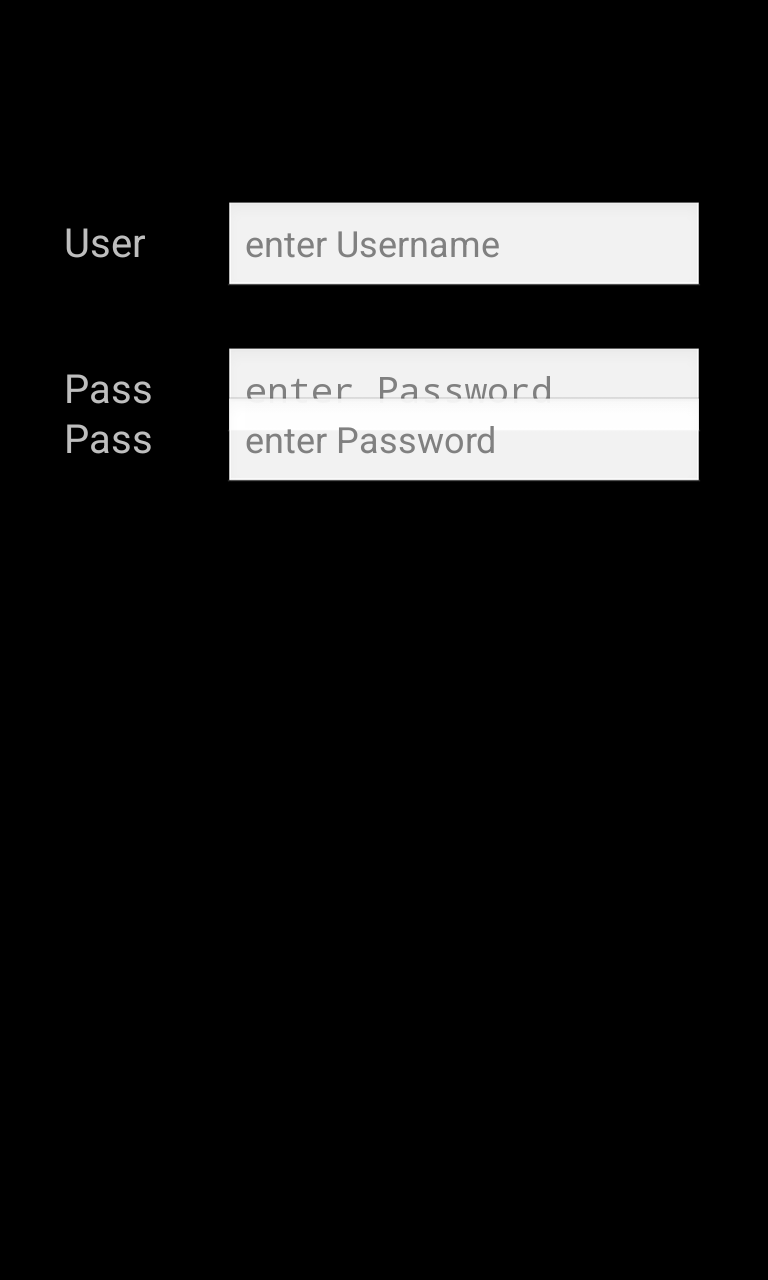
Repository: frebblegameteam/FrebbleApp
Layout: Frebble/libs/res/layout/activity_sign_up.xml
An editor plug-in stored every save of this project. The layout is shown before and after the next save, followed by the edit.
It is drawn on a 768 x 1280 px phone screen (xhdpi) without system bars, with theme android:Theme; the app's code is not run.

Above is the layout before, as saved 2014-09-19 08:07:53.

After the next save:
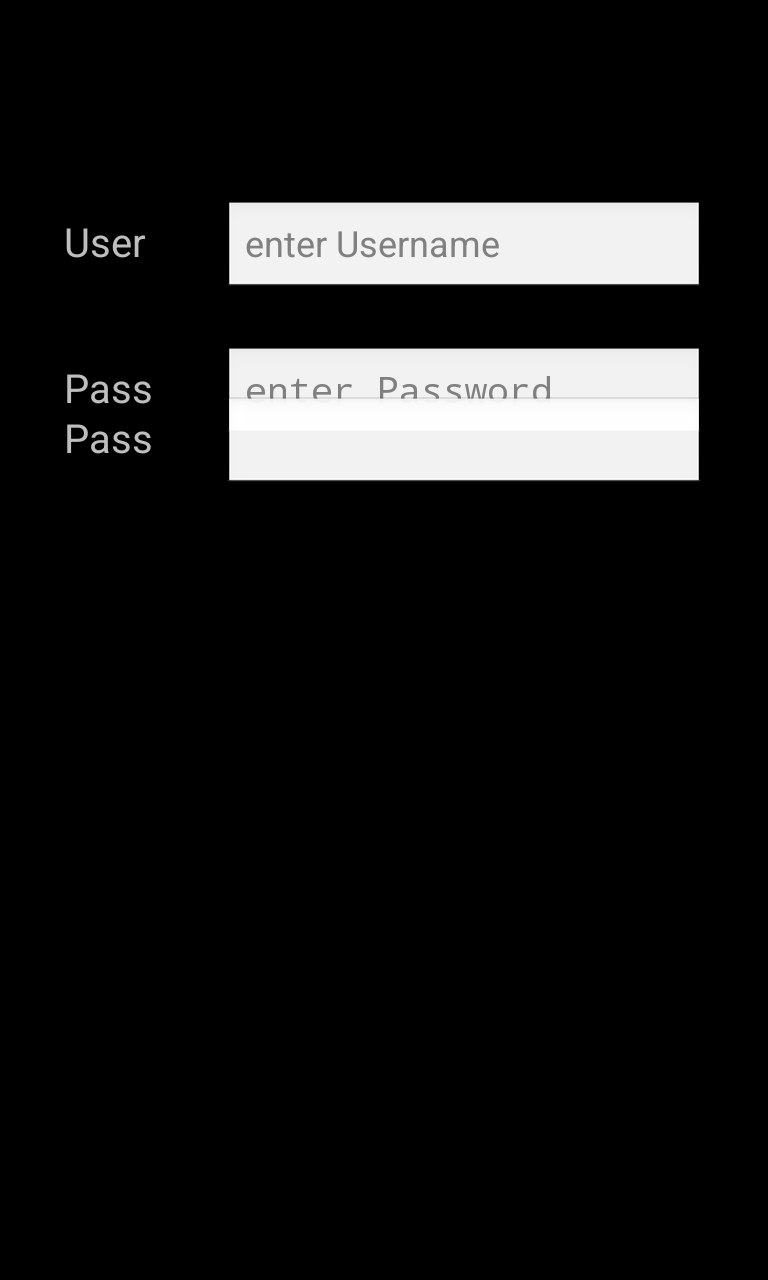
Saved 15 s later.
--- a/Frebble/libs/res/layout/activity_sign_up.xml
+++ b/Frebble/libs/res/layout/activity_sign_up.xml
@@ -65,7 +65,7 @@
             android:layout_width="0dp"
         	android:layout_weight="3"
         	android:layout_height="wrap_content"
-        	android:hint="@string/passwordHint"/>
+        	/>
 
     </LinearLayout>
 

After the save that followed:
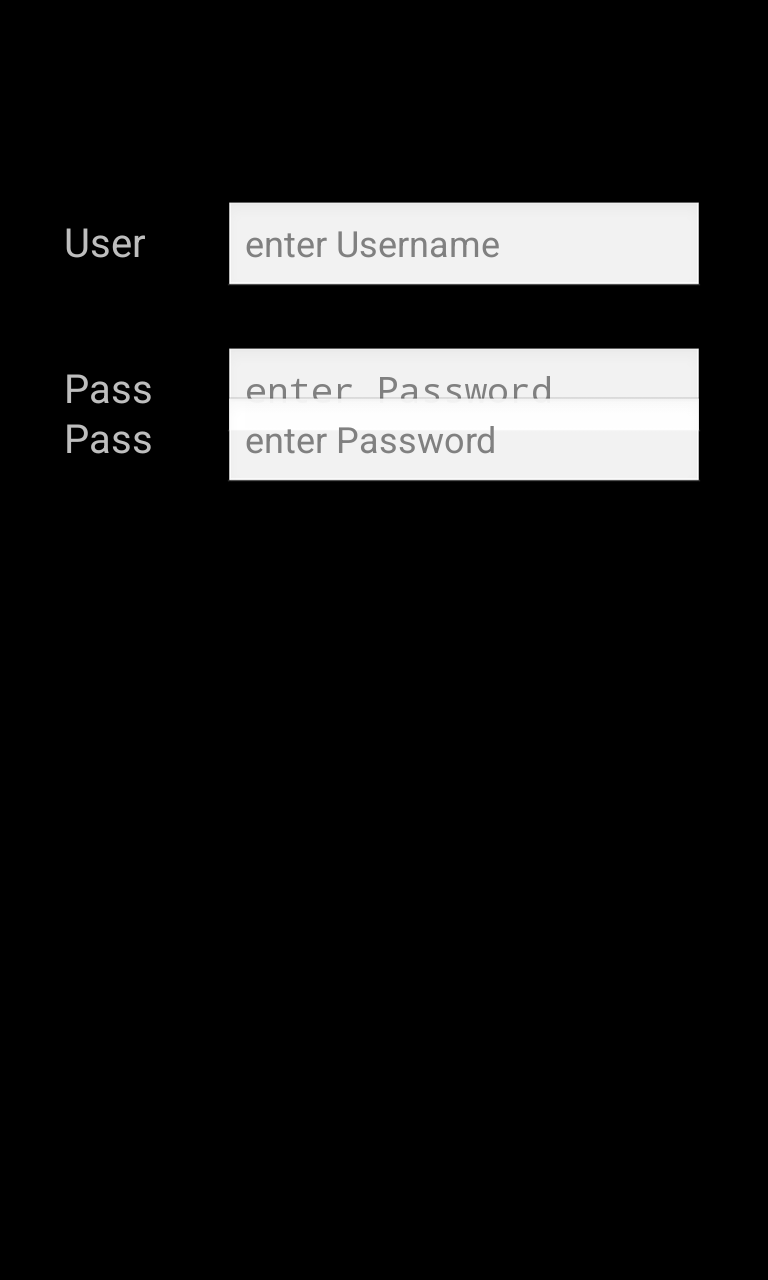
Saved 3 s later.
--- a/Frebble/libs/res/layout/activity_sign_up.xml
+++ b/Frebble/libs/res/layout/activity_sign_up.xml
@@ -65,7 +65,7 @@
             android:layout_width="0dp"
         	android:layout_weight="3"
         	android:layout_height="wrap_content"
-        	/>
+        	android:hint="@string/passwordHint"/>
 
     </LinearLayout>
 
